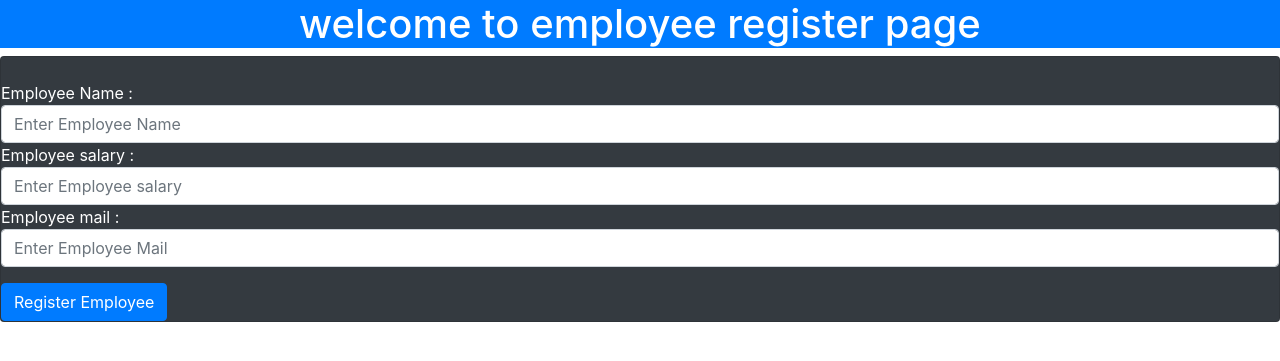
Repository: lokeshsukhwal/EmployeeMiniProject
Page: http://localhost/EmployeeEdit
These files come from the project's save history. The page is drawn as it stood at one moment and after the next save; the edit follows.
The browser window is 1280 px wide. The pictures show the whole page.
The page is this project's Thymeleaf template; nobody is signed in. The template is opened directly, without the code that normally fills it, so the values that code supplies are empty.

Above is the page before, as saved 2023-01-16 12:00:22.

### SpringBootMvc-ThymeleafMySqlCrudMiniProject/src/main/resources/templates/EmployeeEdit.html
<!DOCTYPE html>
<html>
<head>
<meta charset="ISO-8859-1">
<title>Employee register page</title>
<link rel="stylesheet"
	href="https://cdn.jsdelivr.net/npm/bootstrap@4.0.0/dist/css/bootstrap.min.css"
	integrity="sha384-Gn5384xqQ1aoWXA+058RXPxPg6fy4IWvTNh0E263XmFcJlSAwiGgFAW/dAiS6JXm"
	crossorigin="anonymous">
</head>
<body>
	<h1 class="bg-primary text-white text-center">welcome to employee
		register page</h1>
	<div class="card bg-dark text-white">
		<form action="save" method="post" class="mt-4">
			Employee Name : <input type="text" name="empName"
				class="form-control" placeholder="Enter Employee Name">
			Employee salary : <input type="text" name="empSalary"
				class="form-control" placeholder="Enter Employee salary">
			Employee mail : <input type="email" name="empMail"
				class="form-control" placeholder="Enter Employee Mail">

		<button type="submit" class="btn btn-primary mt-3">Register Employee</button>

		</form>
	</div>

</body>
</html>

After the next save:
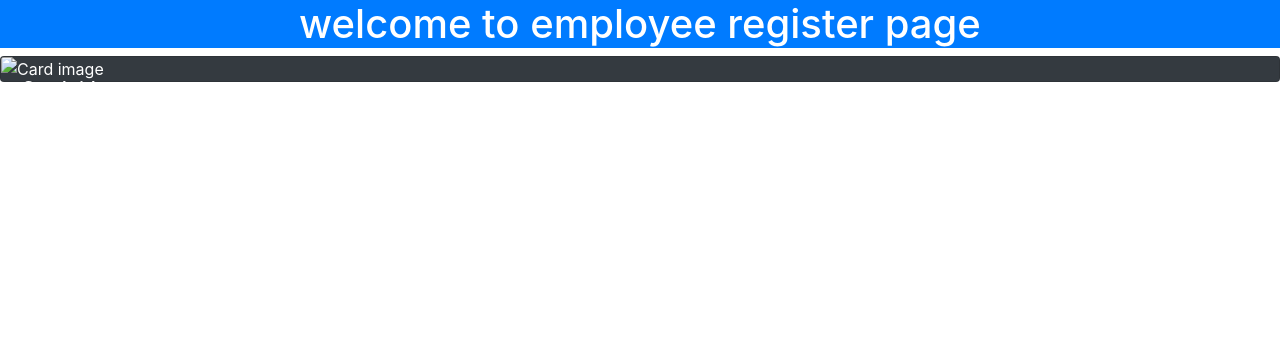
Not found: SpringBootMvc-ThymeleafMySqlCrudMiniProject/...
Saved 44 s later.
--- a/SpringBootMvc-ThymeleafMySqlCrudMiniProject/src/main/resources/templates/EmployeeEdit.html
+++ b/SpringBootMvc-ThymeleafMySqlCrudMiniProject/src/main/resources/templates/EmployeeEdit.html
@@ -12,17 +12,15 @@
 	<h1 class="bg-primary text-white text-center">welcome to employee
 		register page</h1>
 	<div class="card bg-dark text-white">
-		<form action="save" method="post" class="mt-4">
-			Employee Name : <input type="text" name="empName"
-				class="form-control" placeholder="Enter Employee Name">
-			Employee salary : <input type="text" name="empSalary"
-				class="form-control" placeholder="Enter Employee salary">
-			Employee mail : <input type="email" name="empMail"
-				class="form-control" placeholder="Enter Employee Mail">
-
-		<button type="submit" class="btn btn-primary mt-3">Register Employee</button>
-
-		</form>
+		<img class="card-img" src="..." alt="Card image">
+		<div class="card-img-overlay">
+			<h5 class="card-title">Card title</h5>
+			<p class="card-text">This is a wider card with supporting text
+				below as a natural lead-in to additional content. This content is a
+				little bit longer.</p>
+			<p class="card-text">Last updated 3 mins ago</p>
+		</div>
+	</div>
 	</div>
 
 </body>
